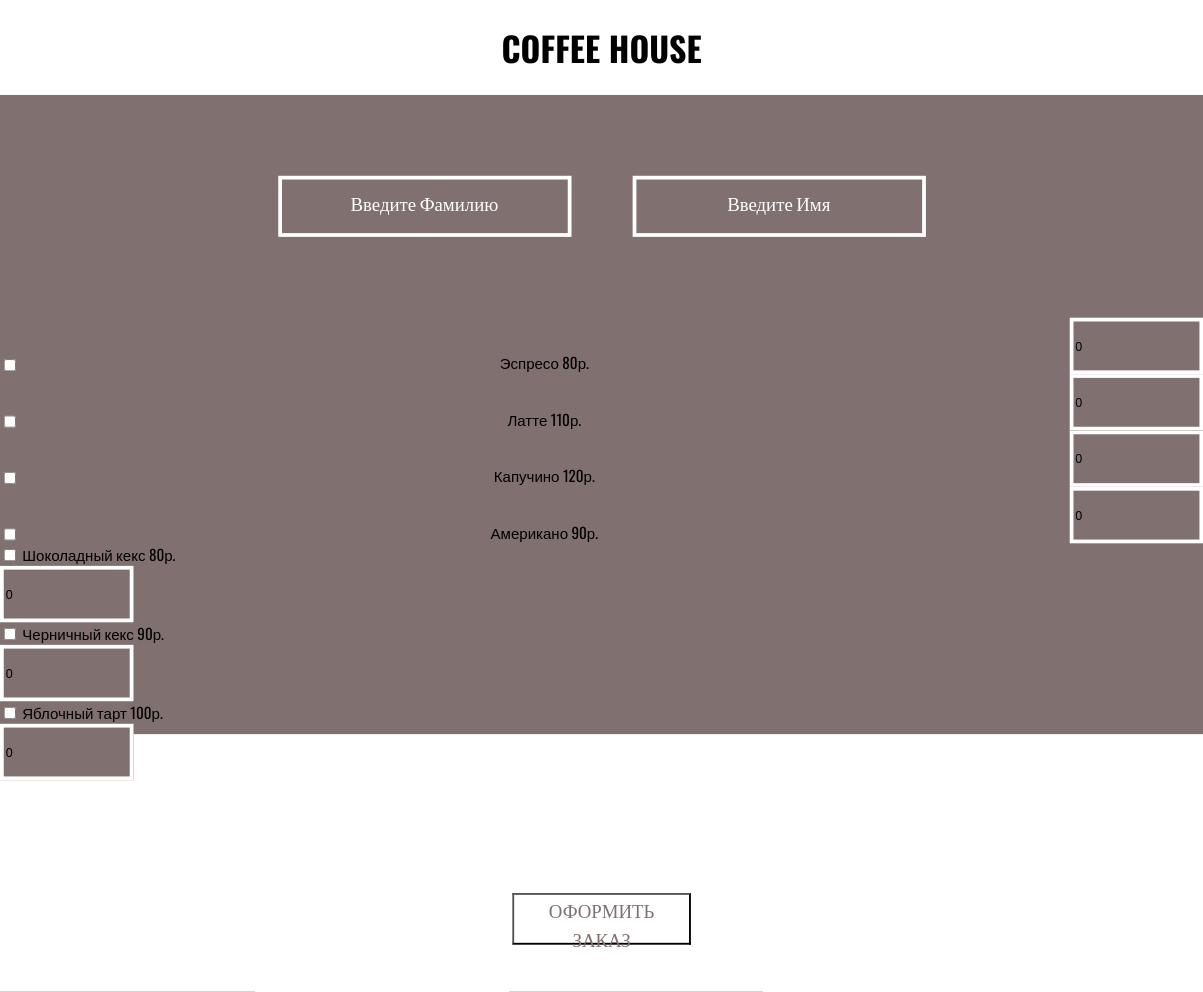
Repository: Valera1994/WebTestProject
Page: New2/index.html
These files come from the project's save history. The page is drawn as it stood at one moment and after the next save; the edit follows.
The browser window is 1280 px wide. The pictures show the whole page, at 94% of full size.

Above is the page before, as saved 2025-07-20 22:13:23.

After the next save:
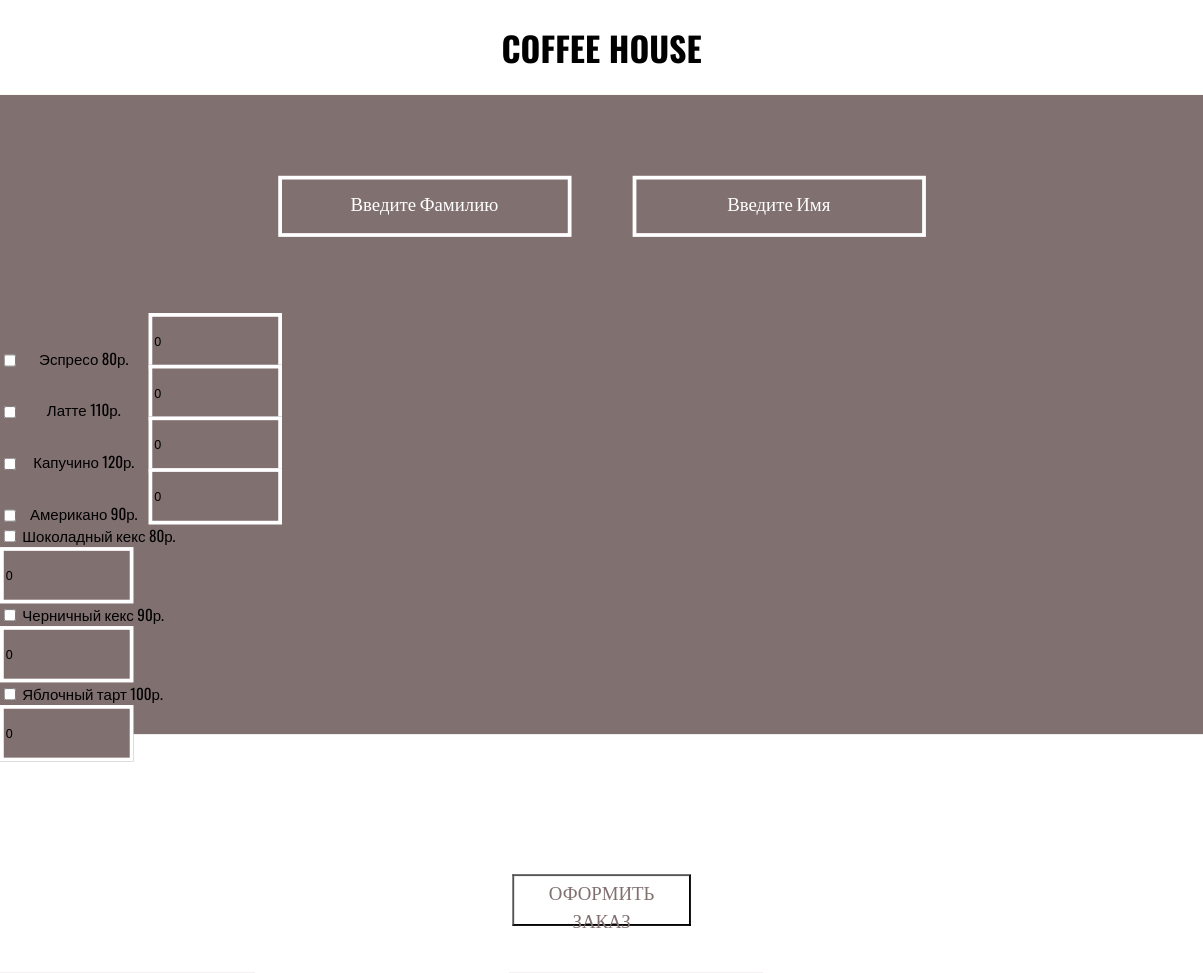
Saved 16 s later.
--- a/New2/style.css
+++ b/New2/style.css
@@ -65,7 +65,8 @@ body{
 }
 
 .form_checkbox{
-
+    width: 300px;
+    height: 55px;
     display: flex;
     justify-content: space-between;
     align-items: flex-end;
